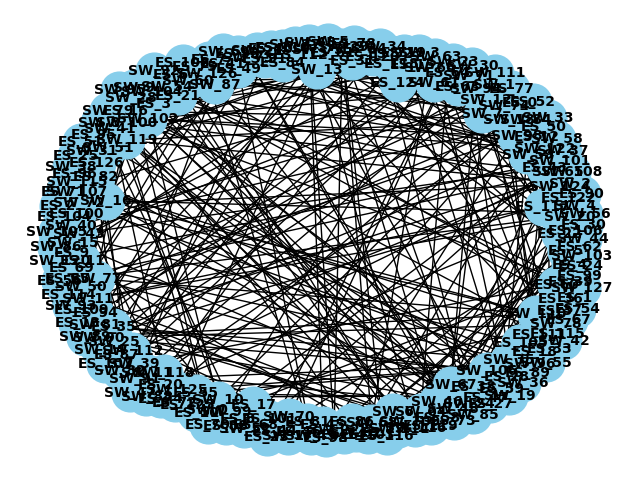
Repository: ilfuma88/NES64
Script's output: python graph.py
These files come from the project's save history. The script's output is drawn as it stood at one moment and after the next save; the edit follows.
Random numbers start from a fixed seed.

Above is the script's output before, as saved 2024-10-06 19:32:34.

### graph.py
import csv
import networkx as nx
import matplotlib.pyplot as plt

# Step 1: Read the CSV file
filename = 'example_topology.csv'

nodes = set()
edges = []

with open(filename, 'r') as csvfile:
    csvreader = csv.reader(csvfile)
    header = next(csvreader)  # Skip the header row

    # Step 2: Parse the CSV data
    for row in csvreader:
        if row[0] == 'SW' or row[0] == 'ES':
            nodes.add(row[1])
        elif row[0] == 'LINK':
            edges.append((row[2], row[4]))

# Step 3: Create the graph
G = nx.Graph()

# Step 4: Add nodes and edges
G.add_nodes_from(nodes)
G.add_edges_from(edges)

# Step 5: Visualize the graph
pos = nx.spring_layout(G, k=5)  # Increase k to make nodes more distant
nx.draw(G, pos, with_labels=True, node_size=700, node_color='skyblue', font_size=10, font_weight='bold')
plt.show()

### modified_topology.csv
SW,SW_0,8,0,,,
SW,SW_1,8,0,,,
SW,SW_2,8,0,,,
SW,SW_3,8,0,,,
SW,SW_4,8,0,,,
SW,SW_5,8,0,,,
SW,SW_6,8,0,,,
SW,SW_7,8,0,,,
SW,SW_8,8,0,,,
SW,SW_9,8,0,,,
SW,SW_10,8,0,,,
ES,ES_0,1,0,,,
ES,ES_0,1,0,,,
ES,ES_1,1,0,,,
ES,ES_1,1,0,,,
ES,ES_2,1,0,,,
ES,ES_2,1,0,,,
ES,ES_3,1,0,,,
ES,ES_3,1,0,,,
ES,ES_4,1,0,,,
ES,ES_4,1,0,,,
ES,ES_5,1,0,,,
ES,ES_5,1,0,,,
ES,ES_6,1,0,,,
ES,ES_6,1,0,,,
ES,ES_7,1,0,,,
ES,ES_7,1,0,,,
ES,ES_8,1,0,,,
ES,ES_8,1,0,,,
ES,ES_9,1,0,,,
ES,ES_9,1,0,,,
ES,ES_10,1,0,,,
ES,ES_10,1,0,,,
LINK,Link_1,SW_0,0,SW_28,0,0
LINK,Link_2,SW_0,1,SW_119,0,0
LINK,Link_3,SW_0,2,ES_0,1,0
LINK,Link_4,SW_0,3,ES_0,1,0
LINK,Link_5,SW_28,1,ES_28,1,0
LINK,Link_6,SW_28,2,ES_28,1,0
LINK,Link_7,SW_119,1,SW_2,0,0
LINK,Link_8,SW_119,2,SW_43,0,0
LINK,Link_9,SW_119,3,SW_84,0,0
LINK,Link_10,SW_119,4,SW_85,0,0
LINK,Link_11,SW_119,5,ES_119,1,0
LINK,Link_12,SW_119,6,ES_119,1,0
LINK,Link_13,SW_1,0,SW_13,0,0
LINK,Link_14,SW_1,1,SW_30,0,0
LINK,Link_15,SW_1,2,SW_73,0,0
LINK,Link_16,SW_1,3,SW_103,0,0
LINK,Link_17,SW_1,4,SW_122,0,0
LINK,Link_18,SW_1,5,ES_1,1,0
LINK,Link_19,SW_1,6,ES_1,1,0
LINK,Link_20,SW_13,1,SW_31,0,0
LINK,Link_21,SW_13,2,SW_100,0,0
LINK,Link_22,SW_13,3,SW_103,1,0
LINK,Link_23,SW_13,4,SW_112,0,0
LINK,Link_24,SW_13,5,SW_125,0,0
LINK,Link_25,SW_13,6,ES_13,1,0
LINK,Link_26,SW_30,1,SW_7,0,0
LINK,Link_27,SW_30,2,SW_79,0,0
LINK,Link_28,SW_30,3,ES_30,1,0
LINK,Link_29,SW_30,4,ES_30,1,0
LINK,Link_30,SW_73,1,SW_48,0,0
LINK,Link_31,SW_73,2,SW_101,0,0
LINK,Link_32,SW_73,3,ES_73,1,0
LINK,Link_33,SW_73,4,ES_73,1,0
LINK,Link_34,SW_103,2,SW_12,0,0
LINK,Link_35,SW_103,3,SW_42,0,0
LINK,Link_36,SW_103,4,SW_66,0,0
LINK,Link_37,SW_103,5,SW_78,0,0
LINK,Link_38,SW_103,6,ES_103,1,0
LINK,Link_39,SW_122,1,SW_36,0,0
LINK,Link_40,SW_122,2,SW_90,0,0
LINK,Link_41,SW_122,3,SW_102,0,0
LINK,Link_42,SW_122,4,SW_126,0,0
LINK,Link_43,SW_122,5,SW_127,0,0
LINK,Link_44,SW_122,6,ES_122,1,0
LINK,Link_45,SW_2,1,SW_71,0,0
LINK,Link_46,SW_2,2,SW_127,1,0
LINK,Link_47,SW_2,3,ES_2,1,0
LINK,Link_48,SW_2,4,ES_2,1,0
LINK,Link_49,SW_71,1,SW_35,0,0
LINK,Link_50,SW_71,2,SW_60,0,0
LINK,Link_51,SW_71,3,SW_78,1,0
LINK,Link_52,SW_71,4,SW_127,2,0
LINK,Link_53,SW_71,5,ES_71,1,0
LINK,Link_54,SW_71,6,ES_71,1,0
LINK,Link_55,SW_127,3,SW_35,1,0
LINK,Link_56,SW_127,4,SW_54,0,0
LINK,Link_57,SW_127,5,SW_64,0,0
LINK,Link_58,SW_127,6,SW_79,1,0
LINK,Link_59,SW_3,0,SW_18,0,0
LINK,Link_60,SW_3,1,SW_54,1,0
LINK,Link_61,SW_3,2,SW_96,0,0
LINK,Link_62,SW_3,3,ES_3,1,0
LINK,Link_63,SW_3,4,ES_3,1,0
LINK,Link_64,SW_18,1,ES_18,1,0
LINK,Link_65,SW_18,2,ES_18,1,0
LINK,Link_66,SW_54,2,SW_31,1,0
LINK,Link_67,SW_54,3,SW_114,0,0
LINK,Link_68,SW_54,4,ES_54,1,0
LINK,Link_69,SW_54,5,ES_54,1,0
LINK,Link_70,SW_96,1,SW_120,0,0
LINK,Link_71,SW_96,2,ES_96,1,0
LINK,Link_72,SW_96,3,ES_96,1,0
LINK,Link_73,SW_4,0,SW_106,0,0
LINK,Link_74,SW_4,1,ES_4,1,0
LINK,Link_75,SW_4,2,ES_4,1,0
LINK,Link_76,SW_106,1,SW_81,0,0
LINK,Link_77,SW_106,2,SW_85,1,0
LINK,Link_78,SW_106,3,ES_106,1,0
LINK,Link_79,SW_106,4,ES_106,1,0
LINK,Link_80,SW_5,0,SW_31,2,0
LINK,Link_81,SW_5,1,SW_46,0,0
LINK,Link_82,SW_5,2,ES_5,1,0
LINK,Link_83,SW_5,3,ES_5,1,0
LINK,Link_84,SW_31,3,SW_14,0,0
LINK,Link_85,SW_31,4,SW_39,0,0
LINK,Link_86,SW_31,5,SW_69,0,0
LINK,Link_87,SW_31,6,ES_31,1,0
LINK,Link_88,SW_46,1,SW_11,0,0
LINK,Link_89,SW_46,2,SW_56,0,0
LINK,Link_90,SW_46,3,SW_114,1,0
LINK,Link_91,SW_46,4,ES_46,1,0
LINK,Link_92,SW_46,5,ES_46,1,0
LINK,Link_93,SW_6,0,SW_52,0,0
LINK,Link_94,SW_6,1,SW_60,1,0
LINK,Link_95,SW_6,2,SW_81,1,0
LINK,Link_96,SW_6,3,SW_117,0,0
LINK,Link_97,SW_6,4,ES_6,1,0
LINK,Link_98,SW_6,5,ES_6,1,0
LINK,Link_99,SW_52,1,SW_109,0,0
LINK,Link_100,SW_52,2,ES_52,1,0
LINK,Link_101,SW_52,3,ES_52,1,0
LINK,Link_102,SW_60,2,SW_74,0,0
LINK,Link_103,SW_60,3,ES_60,1,0
LINK,Link_104,SW_60,4,ES_60,1,0
LINK,Link_105,SW_81,2,SW_21,0,0
LINK,Link_106,SW_81,3,SW_66,1,0
LINK,Link_107,SW_81,4,SW_108,0,0
LINK,Link_108,SW_81,5,ES_81,1,0
LINK,Link_109,SW_81,6,ES_81,1,0
LINK,Link_110,SW_117,1,SW_20,0,0
LINK,Link_111,SW_117,2,SW_84,1,0
LINK,Link_112,SW_117,3,SW_88,0,0
LINK,Link_113,SW_117,4,SW_90,1,0
LINK,Link_114,SW_117,5,ES_117,1,0
LINK,Link_115,SW_117,6,ES_117,1,0
LINK,Link_116,SW_7,1,SW_33,0,0
LINK,Link_117,SW_7,2,ES_7,1,0
LINK,Link_118,SW_7,3,ES_7,1,0
LINK,Link_119,SW_33,1,SW_40,0,0
LINK,Link_120,SW_33,2,SW_92,0,0
LINK,Link_121,SW_33,3,ES_33,1,0
LINK,Link_122,SW_33,4,ES_33,1,0
LINK,Link_123,SW_8,0,SW_19,0,0
LINK,Link_124,SW_8,1,SW_51,0,0
LINK,Link_125,SW_8,2,SW_114,2,0
LINK,Link_126,SW_8,3,ES_8,1,0
LINK,Link_127,SW_8,4,ES_8,1,0
LINK,Link_128,SW_19,1,SW_9,0,0
LINK,Link_129,SW_19,2,SW_56,1,0
LINK,Link_130,SW_19,3,SW_63,0,0
LINK,Link_131,SW_19,4,SW_77,0,0
LINK,Link_132,SW_19,5,SW_88,1,0
LINK,Link_133,SW_19,6,ES_19,1,0
LINK,Link_134,SW_51,1,SW_36,1,0
LINK,Link_135,SW_51,2,SW_63,1,0
LINK,Link_136,SW_51,3,SW_93,0,0
LINK,Link_137,SW_51,4,ES_51,1,0
LINK,Link_138,SW_51,5,ES_51,1,0
LINK,Link_139,SW_114,3,SW_124,0,0
LINK,Link_140,SW_114,4,ES_114,1,0
LINK,Link_141,SW_114,5,ES_114,1,0
LINK,Link_142,SW_9,1,SW_37,0,0
LINK,Link_143,SW_9,2,SW_77,1,0
LINK,Link_144,SW_9,3,SW_85,2,0
LINK,Link_145,SW_9,4,ES_9,1,0
LINK,Link_146,SW_9,5,ES_9,1,0
LINK,Link_147,SW_37,1,SW_20,1,0
LINK,Link_148,SW_37,2,SW_48,1,0
LINK,Link_149,SW_37,3,SW_94,0,0
LINK,Link_150,SW_37,4,ES_37,1,0
LINK,Link_151,SW_37,5,ES_37,1,0
LINK,Link_152,SW_77,2,SW_110,0,0
LINK,Link_153,SW_77,3,ES_77,1,0
LINK,Link_154,SW_77,4,ES_77,1,0
LINK,Link_155,SW_85,3,SW_15,0,0
LINK,Link_156,SW_85,4,SW_29,0,0
LINK,Link_157,SW_85,5,SW_34,0,0
LINK,Link_158,SW_85,6,SW_64,1,0
LINK,Link_159,SW_85,7,SW_102,1,0
LINK,Link_160,SW_85,8,SW_107,0,0
LINK,Link_161,SW_10,0,SW_78,2,0
LINK,Link_162,SW_10,1,SW_82,0,0
LINK,Link_163,SW_10,2,SW_102,2,0
LINK,Link_164,SW_10,3,ES_10,1,0
LINK,Link_165,SW_10,4,ES_10,1,0
LINK,Link_166,SW_78,3,SW_90,2,0
LINK,Link_167,SW_78,4,ES_78,1,0
LINK,Link_168,SW_78,5,ES_78,1,0
LINK,Link_169,SW_82,1,SW_34,1,0
LINK,Link_170,SW_82,2,SW_61,0,0
LINK,Link_171,SW_82,3,ES_82,1,0
LINK,Link_172,SW_82,4,ES_82,1,0
LINK,Link_173,SW_102,3,SW_42,1,0
LINK,Link_174,SW_102,4,SW_58,0,0
LINK,Link_175,SW_102,5,SW_87,0,0
LINK,Link_176,SW_102,6,SW_94,1,0
LINK,Link_177,SW_102,7,SW_126,1,0
LINK,Link_178,SW_11,1,ES_11,1,0
LINK,Link_179,SW_11,2,ES_11,1,0
LINK,Link_180,SW_12,1,SW_25,0,0
LINK,Link_181,SW_12,2,SW_40,1,0
LINK,Link_182,SW_12,3,SW_55,0,0
LINK,Link_183,SW_12,4,SW_59,0,0
LINK,Link_184,SW_12,5,SW_67,0,0
LINK,Link_185,SW_12,6,ES_12,1,0
LINK,Link_186,SW_25,1,ES_25,1,0
LINK,Link_187,SW_25,2,ES_25,1,0
LINK,Link_188,SW_40,2,SW_79,2,0
LINK,Link_189,SW_40,3,SW_92,1,0
LINK,Link_190,SW_40,4,SW_105,0,0
LINK,Link_191,SW_40,5,ES_40,1,0
LINK,Link_192,SW_40,6,ES_40,1,0
LINK,Link_193,SW_55,1,SW_48,2,0
LINK,Link_194,SW_55,2,SW_91,0,0
LINK,Link_195,SW_55,3,SW_125,1,0
LINK,Link_196,SW_55,4,ES_55,1,0
LINK,Link_197,SW_55,5,ES_55,1,0
LINK,Link_198,SW_59,1,SW_68,0,0
LINK,Link_199,SW_59,2,SW_69,1,0
LINK,Link_200,SW_59,3,ES_59,1,0
LINK,Link_201,SW_59,4,ES_59,1,0
LINK,Link_202,SW_67,1,SW_94,2,0
LINK,Link_203,SW_67,2,SW_126,2,0
LINK,Link_204,SW_67,3,ES_67,1,0
LINK,Link_205,SW_67,4,ES_67,1,0
LINK,Link_206,SW_100,1,SW_29,1,0
LINK,Link_207,SW_100,2,SW_65,0,0
LINK,Link_208,SW_100,3,SW_115,0,0
LINK,Link_209,SW_100,4,ES_100,1,0
LINK,Link_210,SW_100,5,ES_100,1,0
LINK,Link_211,SW_112,1,SW_108,1,0
LINK,Link_212,SW_112,2,ES_112,1,0
LINK,Link_213,SW_112,3,ES_112,1,0
LINK,Link_214,SW_125,2,ES_125,1,0
LINK,Link_215,SW_125,3,ES_125,1,0
LINK,Link_216,SW_14,1,SW_17,0,0
LINK,Link_217,SW_14,2,SW_50,0,0
LINK,Link_218,SW_14,3,SW_66,2,0
LINK,Link_219,SW_14,4,SW_72,0,0
LINK,Link_220,SW_14,5,SW_75,0,0
LINK,Link_221,SW_14,6,ES_14,1,0
LINK,Link_222,SW_17,1,SW_88,2,0
LINK,Link_223,SW_17,2,SW_99,0,0
LINK,Link_224,SW_17,3,ES_17,1,0
LINK,Link_225,SW_17,4,ES_17,1,0
LINK,Link_226,SW_50,1,SW_92,2,0
LINK,Link_227,SW_50,2,ES_50,1,0
LINK,Link_228,SW_50,3,ES_50,1,0
LINK,Link_229,SW_66,3,SW_68,1,0
LINK,Link_230,SW_66,4,SW_84,2,0
LINK,Link_231,SW_66,5,SW_99,1,0
LINK,Link_232,SW_66,6,SW_101,1,0
LINK,Link_233,SW_72,1,SW_35,2,0
LINK,Link_234,SW_72,2,SW_95,0,0
LINK,Link_235,SW_72,3,SW_110,1,0
LINK,Link_236,SW_72,4,ES_72,1,0
LINK,Link_237,SW_72,5,ES_72,1,0
LINK,Link_238,SW_75,1,SW_44,0,0
LINK,Link_239,SW_75,2,SW_58,1,0
LINK,Link_240,SW_75,3,SW_95,1,0
LINK,Link_241,SW_75,4,ES_75,1,0
LINK,Link_242,SW_75,5,ES_75,1,0
LINK,Link_243,SW_15,1,SW_38,0,0
LINK,Link_244,SW_15,2,ES_15,1,0
LINK,Link_245,SW_15,3,ES_15,1,0
LINK,Link_246,SW_38,1,SW_21,1,0
LINK,Link_247,SW_38,2,SW_41,0,0
LINK,Link_248,SW_38,3,ES_38,1,0
LINK,Link_249,SW_38,4,ES_38,1,0
LINK,Link_250,SW_16,0,SW_24,0,0
LINK,Link_251,SW_16,1,SW_47,0,0
LINK,Link_252,SW_16,2,SW_56,2,0
LINK,Link_253,SW_16,3,ES_16,1,0
LINK,Link_254,SW_16,4,ES_16,1,0
LINK,Link_255,SW_24,1,SW_90,3,0
LINK,Link_256,SW_24,2,SW_108,2,0
LINK,Link_257,SW_24,3,ES_24,1,0
LINK,Link_258,SW_24,4,ES_24,1,0
LINK,Link_259,SW_47,1,ES_47,1,0
LINK,Link_260,SW_47,2,ES_47,1,0
LINK,Link_261,SW_56,3,SW_23,0,0
LINK,Link_262,SW_56,4,SW_124,1,0
LINK,Link_263,SW_56,5,ES_56,1,0
LINK,Link_264,SW_56,6,ES_56,1,0
LINK,Link_265,SW_88,3,SW_107,1,0
LINK,Link_266,SW_88,4,ES_88,1,0
LINK,Link_267,SW_88,5,ES_88,1,0
LINK,Link_268,SW_99,2,SW_43,1,0
LINK,Link_269,SW_99,3,SW_79,3,0
LINK,Link_270,SW_99,4,SW_101,2,0
LINK,Link_271,SW_99,5,ES_99,1,0
LINK,Link_272,SW_99,6,ES_99,1,0
LINK,Link_273,SW_63,2,SW_110,2,0
LINK,Link_274,SW_63,3,ES_63,1,0
LINK,Link_275,SW_63,4,ES_63,1,0
LINK,Link_276,SW_20,2,SW_48,3,0
LINK,Link_277,SW_20,3,ES_20,1,0
LINK,Link_278,SW_20,4,ES_20,1,0
LINK,Link_279,SW_48,4,SW_44,1,0
LINK,Link_280,SW_48,5,SW_95,2,0
LINK,Link_281,SW_48,6,SW_108,3,0
LINK,Link_282,SW_21,2,ES_21,1,0
LINK,Link_283,SW_21,3,ES_21,1,0
LINK,Link_284,SW_22,0,SW_29,2,0
LINK,Link_285,SW_22,1,SW_45,0,0
LINK,Link_286,SW_22,2,SW_89,0,0
LINK,Link_287,SW_22,3,ES_22,1,0
LINK,Link_288,SW_22,4,ES_22,1,0
LINK,Link_289,SW_29,3,SW_68,2,0
LINK,Link_290,SW_29,4,SW_84,3,0
LINK,Link_291,SW_29,5,ES_29,1,0
LINK,Link_292,SW_29,6,ES_29,1,0
LINK,Link_293,SW_45,1,SW_98,0,0
LINK,Link_294,SW_45,2,SW_116,0,0
LINK,Link_295,SW_45,3,ES_45,1,0
LINK,Link_296,SW_45,4,ES_45,1,0
LINK,Link_297,SW_89,1,SW_110,3,0
LINK,Link_298,SW_89,2,ES_89,1,0
LINK,Link_299,SW_89,3,ES_89,1,0
LINK,Link_300,SW_23,1,SW_61,1,0
LINK,Link_301,SW_23,2,SW_70,0,0
LINK,Link_302,SW_23,3,ES_23,1,0
LINK,Link_303,SW_23,4,ES_23,1,0
LINK,Link_304,SW_61,2,ES_61,1,0
LINK,Link_305,SW_61,3,ES_61,1,0
LINK,Link_306,SW_70,1,ES_70,1,0
LINK,Link_307,SW_70,2,ES_70,1,0
LINK,Link_308,SW_90,4,ES_90,1,0
LINK,Link_309,SW_90,5,ES_90,1,0
LINK,Link_310,SW_108,4,SW_35,3,0
LINK,Link_311,SW_108,5,ES_108,1,0
LINK,Link_312,SW_108,6,ES_108,1,0
LINK,Link_313,SW_27,0,SW_92,3,0
LINK,Link_314,SW_27,1,ES_27,1,0
LINK,Link_315,SW_27,2,ES_27,1,0
LINK,Link_316,SW_92,4,SW_64,2,0
LINK,Link_317,SW_92,5,SW_104,0,0
LINK,Link_318,SW_92,6,ES_92,1,0
LINK,Link_319,SW_68,3,ES_68,1,0
LINK,Link_320,SW_68,4,ES_68,1,0
LINK,Link_321,SW_84,4,SW_79,4,0
LINK,Link_322,SW_84,5,SW_118,0,0
LINK,Link_323,SW_84,6,ES_84,1,0
LINK,Link_324,SW_79,5,SW_109,1,0
LINK,Link_325,SW_79,6,SW_118,1,0
LINK,Link_326,SW_39,1,ES_39,1,0
LINK,Link_327,SW_39,2,ES_39,1,0
LINK,Link_328,SW_69,2,SW_93,1,0
LINK,Link_329,SW_69,3,ES_69,1,0
LINK,Link_330,SW_69,4,ES_69,1,0
LINK,Link_331,SW_34,2,ES_34,1,0
LINK,Link_332,SW_34,3,ES_34,1,0
LINK,Link_333,SW_35,4,ES_35,1,0
LINK,Link_334,SW_35,5,ES_35,1,0
LINK,Link_335,SW_36,2,ES_36,1,0
LINK,Link_336,SW_36,3,ES_36,1,0
LINK,Link_337,SW_94,3,ES_94,1,0
LINK,Link_338,SW_94,4,ES_94,1,0
LINK,Link_339,SW_41,1,SW_87,1,0
LINK,Link_340,SW_41,2,ES_41,1,0
LINK,Link_341,SW_41,3,ES_41,1,0
LINK,Link_342,SW_105,1,SW_93,2,0
LINK,Link_343,SW_105,2,ES_105,1,0
LINK,Link_344,SW_105,3,ES_105,1,0
LINK,Link_345,SW_87,2,ES_87,1,0
LINK,Link_346,SW_87,3,ES_87,1,0
LINK,Link_347,SW_43,2,SW_111,0,0
LINK,Link_348,SW_43,3,ES_43,1,0
LINK,Link_349,SW_43,4,ES_43,1,0
LINK,Link_350,SW_111,1,SW_91,1,0
LINK,Link_351,SW_111,2,SW_126,3,0
LINK,Link_352,SW_111,3,ES_111,1,0
LINK,Link_353,SW_111,4,ES_111,1,0
LINK,Link_354,SW_44,2,SW_62,0,0
LINK,Link_355,SW_44,3,SW_109,2,0
LINK,Link_356,SW_44,4,ES_44,1,0
LINK,Link_357,SW_44,5,ES_44,1,0
LINK,Link_358,SW_62,1,SW_95,3,0
LINK,Link_359,SW_62,2,ES_62,1,0
LINK,Link_360,SW_62,3,ES_62,1,0
LINK,Link_361,SW_109,3,ES_109,1,0
LINK,Link_362,SW_109,4,ES_109,1,0
LINK,Link_363,SW_98,1,ES_98,1,0
LINK,Link_364,SW_98,2,ES_98,1,0
LINK,Link_365,SW_116,1,ES_116,1,0
LINK,Link_366,SW_116,2,ES_116,1,0
LINK,Link_367,SW_95,4,SW_124,2,0
LINK,Link_368,SW_95,5,ES_95,1,0
LINK,Link_369,SW_95,6,ES_95,1,0
LINK,Link_370,SW_49,0,SW_126,4,0
LINK,Link_371,SW_49,1,ES_49,1,0
LINK,Link_372,SW_49,2,ES_49,1,0
LINK,Link_373,SW_126,5,ES_126,1,0
LINK,Link_374,SW_126,6,ES_126,1,0
LINK,Link_375,SW_93,3,ES_93,1,0
LINK,Link_376,SW_93,4,ES_93,1,0
LINK,Link_377,SW_91,2,SW_65,1,0
LINK,Link_378,SW_91,3,ES_91,1,0
LINK,Link_379,SW_91,4,ES_91,1,0
LINK,Link_380,SW_124,3,ES_124,1,0
LINK,Link_381,SW_124,4,ES_124,1,0
LINK,Link_382,SW_58,2,ES_58,1,0
LINK,Link_383,SW_58,3,ES_58,1,0
LINK,Link_384,SW_74,1,SW_65,2,0
LINK,Link_385,SW_74,2,ES_74,1,0
LINK,Link_386,SW_74,3,ES_74,1,0
LINK,Link_387,SW_110,4,SW_107,2,0
LINK,Link_388,SW_110,5,ES_110,1,0
LINK,Link_389,SW_110,6,ES_110,1,0
LINK,Link_390,SW_64,3,ES_64,1,0
LINK,Link_391,SW_64,4,ES_64,1,0
LINK,Link_392,SW_65,3,ES_65,1,0
LINK,Link_393,SW_65,4,ES_65,1,0
LINK,Link_394,SW_101,3,SW_120,1,0
LINK,Link_395,SW_101,4,ES_101,1,0
LINK,Link_396,SW_101,5,ES_101,1,0
LINK,Link_397,SW_118,2,ES_118,1,0
LINK,Link_398,SW_118,3,ES_118,1,0
LINK,Link_399,SW_107,3,ES_107,1,0
LINK,Link_400,SW_107,4,ES_107,1,0
LINK,Link_401,SW_86,0,SW_104,1,0
LINK,Link_402,SW_86,1,ES_86,1,0
LINK,Link_403,SW_86,2,ES_86,1,0
LINK,Link_404,SW_104,2,SW_115,1,0
LINK,Link_405,SW_104,3,ES_104,1,0
LINK,Link_406,SW_104,4,ES_104,1,0
LINK,Link_407,SW_120,2,ES_120,1,0
LINK,Link_408,SW_120,3,ES_120,1,0
LINK,Link_409,SW_115,2,ES_115,1,0
LINK,Link_410,SW_115,3,ES_115,1,0

Loaded but not shown: example_topology.csv (738 lines, source omitted)

After the next save:
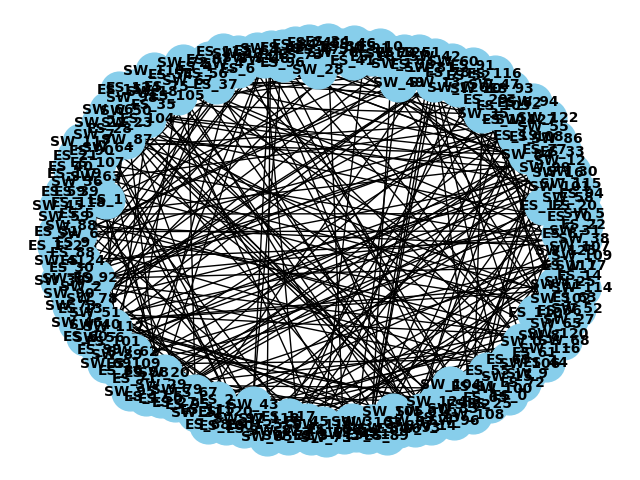
Saved 61 s later.
--- a/graph.py
+++ b/graph.py
@@ -3,7 +3,8 @@ import networkx as nx
 import matplotlib.pyplot as plt
 
 # Step 1: Read the CSV file
-filename = 'example_topology.csv'
+# filename = 'example_topology.csv'
+filename = 'modified_topology.csv'
 
 nodes = set()
 edges = []
